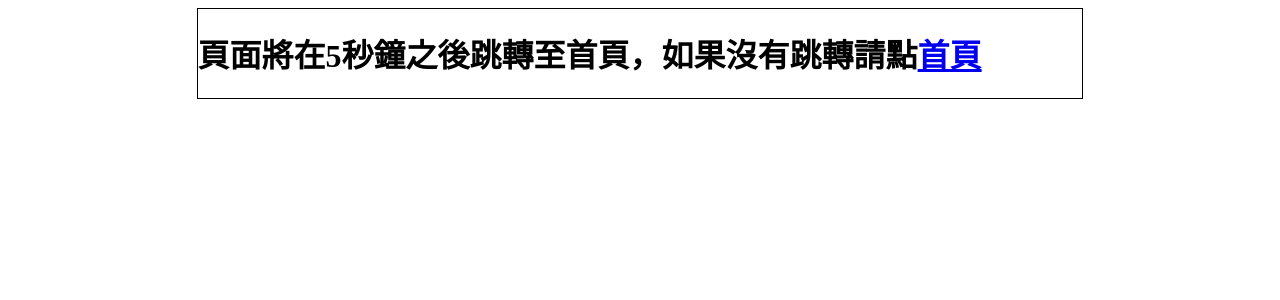
Repository: cctytw2000/JavaSecondProject
Page: http://localhost/EEIT109_35/member/jump.jsp
An editor plug-in stored every save of this project. The page is shown before and after the next save, followed by the edit.
The browser window is 1280 px wide. The pictures show the whole page.
The page is served by Tomcat 9. Other server files are loaded and not shown.

Above is the page before, as saved 2019-09-07 07:46:47.

### Member/EEIT109_35/src/main/webapp/member/jump.jsp
<%@ page language="java" contentType="text/html; charset=UTF-8"
	pageEncoding="UTF-8"%>
<!DOCTYPE html>
<html>
<head>
<meta charset="UTF-8">

<meta http-equiv="refresh" content="5;url=../home.jsp">
<title>Insert title here</title>
</head>
<body>

	<div style="border: 1px solid black;width:70%;height:30%;margin:auto auto">
		<h1>
			頁面將在5秒鐘之後跳轉至首頁，如果沒有跳轉請點<a href="../home.jsp">首頁</a>
		</h1>
	</div>
</body>
</html>

After the next save:
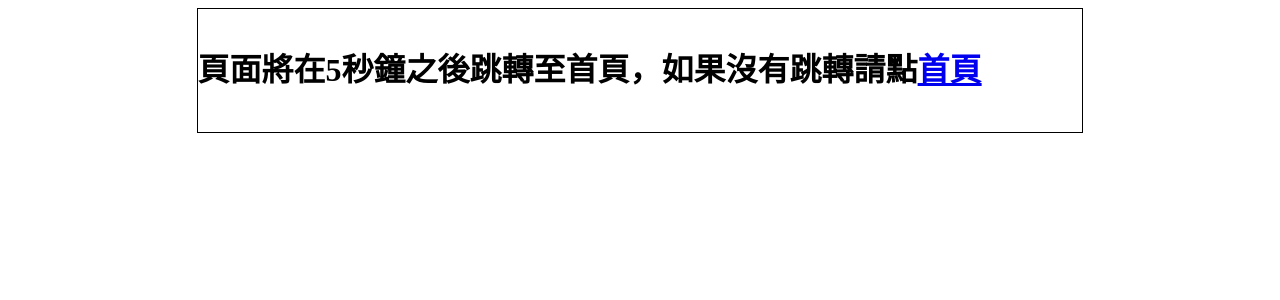
Saved 18 s later.
--- a/Member/EEIT109_35/src/main/webapp/member/jump.jsp
+++ b/Member/EEIT109_35/src/main/webapp/member/jump.jsp
@@ -11,7 +11,7 @@
 <body>
 
 	<div style="border: 1px solid black;width:70%;height:30%;margin:auto auto">
-		<h1>
+		<h1 style="line-height: 2.5em">
 			頁面將在5秒鐘之後跳轉至首頁，如果沒有跳轉請點<a href="../home.jsp">首頁</a>
 		</h1>
 	</div>
